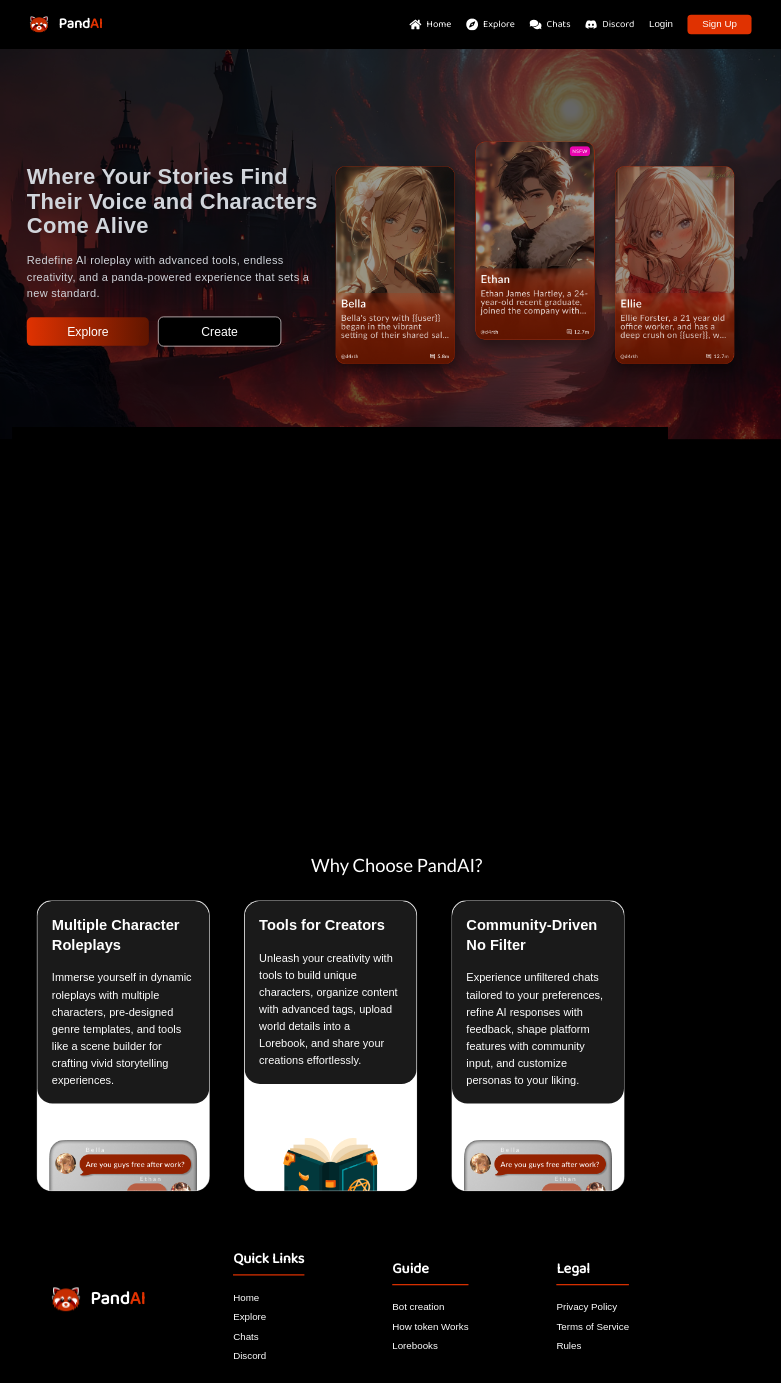
Repository: PandamoniumAI/Pandamonium
Page: /preview
An editor plug-in stored every save of this project. The page is shown before and after the next save, followed by the edit.
The browser window is 1280 px wide. The pictures show the whole page, at 61% of full size.
Some web libraries are served in a nearby version. The project was rebuilt for these pictures with package versions that can differ from the ones it lists, and the page was loaded fresh each time. Also part of the build but not shown: vite.config.js, src/Utils/Utils.js, src/Components/SearchBar/SearchBar.jsx, src/Components/CSS/CharacterCard.css, src/Components/CharacterCard/CharacterCard.jsx, src/Components/CSS/CharacterCardModal.css, src/Components/CharacterCardModal/CharacterCardModal.jsx, src/Components/CSS/Tags.css and 15 more.

Above is the page before, as saved 2025-01-01 21:39:56.

### index.html
<!doctype html>
<html lang="en">
  <head>
    <meta charset="UTF-8" />
    <link rel="icon" type="image/svg+xml" href="/src/assets/animal.png"/>
    <meta name="viewport" content="width=device-width, initial-scale=1.0" />
    <title>Pandamonium</title>
    <link
      href="https://cdn.jsdelivr.net/npm/bootstrap@5.3.0-alpha1/dist/css/bootstrap.min.css"
      rel="stylesheet"
    />
    <link
      href="https://cdn.jsdelivr.net/npm/bootstrap-icons/font/bootstrap-icons.css"
      rel="stylesheet"
    />
    <link
      href="https://cdnjs.cloudflare.com/ajax/libs/animate.css/4.1.1/animate.min.css"
      rel="stylesheet"
    />
  </head>

  <body>
    <div id="root"></div>
    <script src="https://kit.fontawesome.com/68b5244ee4.js" crossorigin="anonymous"></script>
    <script src="https://cdn.jsdelivr.net/npm/react/umd/react.production.min.js"></script>
    <script src="https://cdn.jsdelivr.net/npm/react-dom/umd/react-dom.production.min.js"></script>
    <script type="module" src="/src/main.jsx"></script>
    <script src="https://cdn.jsdelivr.net/npm/bootstrap@5.3.0-alpha1/dist/js/bootstrap.bundle.min.js"></script>
  </body>
</html>

### src/App.jsx
import HomePage from "./Components/HomePage/HomePage.jsx";
import Chat from "./Components/Chat/Chat.jsx";
import Create from "./Components/Create/Create.jsx";
import Error from "./Components/Error/Error.jsx";
import { BrowserRouter as Router, Routes, Route } from "react-router-dom";
import Preview from "../src/Preview/Preview.jsx";
function App() {
  return (
    <Router>
      <Routes>
        <Route path="/" element={<HomePage />} />
        <Route path="/chat/:characterId" element={<Chat />} />
        <Route path="/create" element={<Create />} />
        <Route path="*" element={<Error />} />
        <Route path="/preview" element={<Preview />} />
      </Routes>
    </Router>
  );
}

export default App;

### src/Preview/Preview.jsx
import React from "react";
import Animal from "../assets/animal.png";
import "./Preview.css";
import "tailwindcss/tailwind.css";
import {FaHome, FaCompass, FaComments, FaDiscord} from "react-icons/fa";
import image from "../assets/image.png";
import Chatcard from "../assets/Chat Card.png";
import Book from "../assets/Magical Book World Illustration 1.png";
import Roleplay from "../assets/Chat Card (1).png";

export default function Preview() {
  const handleCardHover = (event, element) => {
    const rect = element.getBoundingClientRect();
    const x = (event.clientX - rect.left) / rect.width - 0.5; // Normalize between -0.5 to 0.5
    const y = (event.clientY - rect.top) / rect.height - 0.5;

    element.style.transform = `rotateX(${y * 10}deg) rotateY(${x * 10}deg) scale(1.05)`;
  };

  return (
    <div className="main">
      <div className="fixed top-0 left-0 w-full bg-black bg-opacity-40 p-4 z-50">
        <div className="flex justify-between items-center w-full max-w-screen-xl mx-auto px-4">
          <div
            className="flex items-center space-x-4 cursor-pointer"
            onClick={() => window.scrollTo({top: 0, behavior: "smooth"})}
          >
            <img className="w-8 h-8" src={Animal} alt="Logo" />
            <h1 className="text-2xl font-bold font-baloo text-white">
              Pand<span className="text-[#E03201]">AI</span>
            </h1>
          </div>

          <div className="flex items-center space-x-6">
            <button className="flex items-center text-white font-baloo hover:text-[#E03201] transition">
              <FaHome className="mr-2 text-xl" />
              Home
            </button>
            <button className="flex items-center text-white font-baloo hover:text-[#E03201] transition">
              <FaCompass className="mr-2 text-xl" />
              Explore
            </button>
            <button className="flex items-center text-white font-baloo hover:text-[#E03201] transition">
              <FaComments className="mr-2 text-xl" />
              Chats
            </button>
            <button className="flex items-center text-white font-baloo hover:text-[#E03201] transition">
              <FaDiscord className="mr-2 text-xl" />
              Discord
            </button>
            <button className="text-white hover:text-[#E03201] transition">
              Login
            </button>
            <button className="bg-[#E03201] text-white px-4 py-1 rounded-md hover:bg-[#b02501] transition">
              Sign Up
            </button>
          </div>
        </div>
      </div>

      <div className="preview-container relative p-6">
        <div className="Preview-text mt-[50px] absolute top-[200px]">
          <p className="text-4xl text-gray-300 font-bold mb-6 tracking-[0.5px] w-[500px]">
            Where Your Stories Find Their Voice and Characters Come Alive
          </p>
          <p className="text-[18px] text-gray-300 leading-[27px] tracking-[0.5px] w-[500px] mb-8">
            Redefine AI roleplay with advanced tools, endless creativity, and a
            panda-powered experience that sets a new standard.
          </p>
        </div>

        <div className="Buttons absolute top-[500px] flex space-x-4 mb-8">
          <button className="text-white text-xl h-[47px] w-[200px] rounded-lg shadow-2xl bg-gradient-to-r from-[#E03201] to-[#611600] transform hover:scale-105 transition-all duration-300 ease-in-out hover:shadow-orange-500/50 hover:shadow-lg">
            <span className="relative z-10">Explore</span>
          </button>
          <button
            className="create bg-black text-white text-xl h-[47px] w-[200px] rounded-lg shadow-2xl outline outline-1 hover:outline-none transition-all duration-300 ease-in-out transform hover:scale-105 hover:shadow-[#B22801]/50 hover:shadow-lg relative overflow-hidden group"
            style={{
              outlineImage:
                "linear-gradient(to right, #FFCBBB, #D07A5A, #A8382D, #611600)",
              outlineImageSlice: 1,
            }}
          >
            <span className="relative z-10">Create</span>
            <span className="absolute inset-0 bg-yellow-500 transform scale-x-0 group-hover:scale-x-100 transition-transform duration-300 origin-left"></span>
          </button>
        </div>

        <div className="absolute right-[30px] top-[200px]">
          <img src={image} alt="" />
        </div>
      </div>

      <div className="infostart absolute bg-black" style={{top: "700px"}}>
      <div className="info px-10 relative bg-black" style={{top: "700px"}}>
        <div className="infotext mb-8 text-white">
          <h1 className="text-3xl font-lato text-white ml-[450px]">
            Why Choose PandAI?
          </h1>

          <div className="cards grid grid-cols-1 md:grid-cols-3 gap-6 mt-10">
            {[
              "Multiple Character Roleplays",
              "Tools for Creators",
              "Community-Driven No Filter",
            ].map((title, index) => (
              <div
                key={index}
                className="card relative flex flex-col justify-between w-[284px] h-[477px] rounded-[25px] overflow-hidden"
                onMouseMove={(e) => handleCardHover(e, e.currentTarget)}
              >
                <div
                  className="absolute inset-0 -z-10 rounded-[25px]"
                  style={{
                    background:
                      "linear-gradient(135deg, #BF18C2, #6B1C8F, #1D0375)",
                    position: "absolute",
                    top: 0,
                    left: 0,
                    right: 0,
                    bottom: 0,
                    borderRadius: "25px",
                    padding: "2px",
                  }}
                />
                <div className="content p-6 bg-[#1A1A1A] flex flex-col justify-between h-full rounded-[25px]">
                  <h2 className="text-2xl font-semibold mb-4 text-white">
                    {title}
                  </h2>
                  <p className="text-lg text-white">
                    {index === 0
                      ? "Immerse yourself in dynamic roleplays with multiple characters, pre-designed genre templates, and tools like a scene builder for crafting vivid storytelling experiences."
                      : index === 1
                        ? "Unleash your creativity with tools to build unique characters, organize content with advanced tags, upload world details into a Lorebook, and share your creations effortlessly."
                        : "Experience unfiltered chats tailored to your preferences, refine AI responses with feedback, shape platform features with community input, and customize personas to your liking."}
                  </p>
                </div>
                <div className="image-container mt-4">
                  {index === 0 ? (
                    <img
                      src={Chatcard}
                      alt="Roleplay"
                      className="w-full rounded-[25px]"
                    />
                  ) : index === 1 ? (
                    <img
                      src={Book}
                      alt="Creator Tools"
                      className="w-full rounded-[25px]"
                    />
                  ) : (
                    <img
                      src={Roleplay}
                      alt="Community"
                      className="w-full rounded-[25px]"
                    />
                  )}
                </div>
              </div>
            ))}
          </div>
        </div>

          <div className="Footer bg-black py-8 px-6 mt-10 flex items-center justify-start space-x-36">
            <div className="flex items-center">
              <img
                className="w-12 h-12 mr-4 transform transition duration-300 hover:scale-110"
                src={Animal}
                alt="Logo"
              />
              <h1 className="text-3xl font-bold font-baloo text-white">
                Pand<span className="text-[#E03201]">AI</span>
              </h1>
            </div>

            <div className="Quicklinks mr-36 mt-6">
              <h1 className="text-2xl font-bold font-baloo text-white border-b-2 border-[#E03201] pb-2">
                Quick Links
              </h1>
              <ul className="list-none pl-0 mt-4 space-y-2">
                <li className="text-white hover:text-[#E03201] transition duration-300 transform hover:translate-x-2">
                  <a href="#">Home</a>
                </li>
                <li className="text-white hover:text-[#E03201] transition duration-300 transform hover:translate-x-2">
                  <a href="#">Explore</a>
                </li>
                <li className="text-white hover:text-[#E03201] transition duration-300 transform hover:translate-x-2">
                  <a href="#">Chats</a>
                </li>
                <li className="text-white hover:text-[#E03201] transition duration-300 transform hover:translate-x-2">
                  <a href="#">Discord</a>
                </li>
              </ul>
            </div>

            <div className="guide mr-36 mt-6">
              <h1 className="text-2xl font-bold font-baloo text-white border-b-2 border-[#E03201] pb-2">
                Guide
              </h1>
              <ul className="list-none pl-0 mt-4 space-y-2">
                <li className="text-white hover:text-[#E03201] transition duration-300 transform hover:translate-x-2">
                  <a href="#">Bot creation</a>
                </li>
                <li className="text-white hover:text-[#E03201] transition duration-300 transform hover:translate-x-2">
                  <a href="#">How token Works</a>
                </li>
                <li className="text-white hover:text-[#E03201] transition duration-300 transform hover:translate-x-2">
                  <a href="#">Lorebooks</a>
                </li>
              </ul>
            </div>

            <div className="legal mr-36 mt-6">
              <h1 className="text-2xl font-bold font-baloo text-white border-b-2 border-[#E03201] pb-2">
                Legal
              </h1>
              <ul className="list-none pl-0 mt-4 space-y-2">
                <li className="text-white hover:text-[#E03201] transition duration-300 transform hover:translate-x-2">
                  <a href="#">Privacy Policy</a>
                </li>
                <li className="text-white hover:text-[#E03201] transition duration-300 transform hover:translate-x-2">
                  <a href="#">Terms of Service</a>
                </li>
                <li className="text-white hover:text-[#E03201] transition duration-300 transform hover:translate-x-2">
                  <a href="#">Rules</a>
                </li>
              </ul>
            </div>
          </div>
        </div>
      </div>
    </div>
  );
}

### src/Components/Chat/ExtraCss.css
/* ExtraCss.css */

/* General Styles */
body {
    margin: 0;
    padding: 0;
    font-family: Arial, sans-serif;
    background-color: #121212;
    color: #ffffff;
  }

  /* Chat Container */
  .d-flex {
    display: flex;
  }

  .flex-column {
    flex-direction: column;
  }

  .h-100 {
    height: 100%;
  }

  .bg-dark {
    background-color: #181818;
  }

  .text-white {
    color: #ffffff;
  }

  .border-secondary {
    border-color: #444;
  }

  .border-top {
    border-top: 1px solid;
  }

  .border-bottom {
    border-bottom: 1px solid;
  }

  .overflow-hidden {
    overflow: hidden;
  }

  .overflow-auto {
    overflow: auto;
  }

  /* Chat Header */
  .p-3 {
    padding: 1rem;
  }

  .align-items-center {
    align-items: center;
  }

  .space-x-4 > * + * {
    margin-left: 1rem;
  }

  /* Avatar */
  img.rounded-circle {
    border-radius: 50%;
    cursor: pointer;
  }

  /* Message Bubbles */
  .bg-secondary {
    background-color: #2a2a2a;
  }

  .p-3 {
    padding: 1rem;
  }

  .rounded-lg {
    border-radius: 1rem;
  }

  .shadow-lg {
    box-shadow: 0px 4px 10px rgba(0, 0, 0, 0.2);
  }

  .text-muted {
    color: #aaaaaa;
  }

  /* Input Field */
  input {
    outline: none;
  }

  input::placeholder {
    color: #aaaaaa;
  }

  .border-0 {
    border: none;
  }

  .flex-grow-1 {
    flex-grow: 1;
  }

  .shadow-lg {
    box-shadow: 0px 4px 10px rgba(0, 0, 0, 0.2);
  }

  /* Buttons */
  button {
    cursor: pointer;
  }

  button:disabled {
    opacity: 0.6;
    cursor: not-allowed;
  }

  .btn {
    display: inline-flex;
    justify-content: center;
    align-items: center;
    padding: 0.5rem;
    border: none;
    border-radius: 0.5rem;
    transition: background-color 0.3s ease, transform 0.2s ease;
  }

  .btn:hover:not(:disabled) {
    background-color: #555;
    transform: translateY(-2px);
  }

  .btn-light {
    background-color: #444;
    color: #fff;
  }

  .btn-primary {
    background-color: #007bff;
    color: #fff;
  }

  .btn-primary:hover:not(:disabled) {
    background-color: #0056b3;
  }

  /* Typing Animation */
  .animate-pulse {
    animation: pulse 1.5s infinite;
  }

  @keyframes pulse {
    0%, 100% {
      opacity: 1;
    }
    50% {
      opacity: 0.5;
    }
  }

  /* Smooth Fade-In */
  @keyframes fadeIn {
    from {
      opacity: 0;
      transform: translateY(10px);
    }
    to {
      opacity: 1;
      transform: translateY(0);
    }
  }

  /* Scrollbar Styles */
  .overflow-auto::-webkit-scrollbar {
    width: 6px;
  }

  .overflow-auto::-webkit-scrollbar-thumb {
    background-color: #444;
    border-radius: 10px;
  }

  .overflow-auto::-webkit-scrollbar-track {
    background-color: transparent;
  }

  .ReactModal__Overlay {
    opacity: 0;
    transition: opacity 0.3s ease-in-out;
  }
  .ReactModal__Overlay--after-open {
    opacity: 1;
  }
  .ReactModal__Overlay--before-close {
    opacity: 0;
  }

### src/Components/CSS/Create.css
body {
    background-color: #121212;
    color: #fff;
    min-height: 100vh;
    padding: 20px;
    font-family: 'Arial', sans-serif;
}
.creation-form {
    max-width: 800px;
    margin: 0 auto;
    background-color: rgba(0, 0, 0, 0.8);
    padding: 30px;
    border-radius: 15px;
    border: 1px solid #444;
    transition: all 0.3s ease;
}
.creation-form:hover {
    transform: scale(1.03);
    box-shadow: 0 10px 30px rgba(0, 0, 0, 0.5);
}
.form-control {
    background-color: #333;
    border: 1px solid #555;
    color: #fff;
    margin-bottom: 20px;
    transition: all 0.3s ease;
}
.form-control:focus {
    background-color: #444;
    border-color: #007bff;
    color: #fff;
}
.form-label {
    font-weight: bold;
}
.btn {
    background-color: #007bff;
    color: #fff;
    transition: all 0.3s ease;
}
.btn:hover {
    background-color: #0056b3;
}
.select2-container {
    width: 100%;
}
.custom-tag-field {
    margin-top: 20px;
}
.custom-tag-field input {
    width: calc(100% - 60px);
    display: inline-block;
    margin-right: 10px;
}
.custom-tag-field button {
    display: inline-block;
    background-color: #28a745;
    color: white;
    padding: 6px 12px;
    border: none;
    cursor: pointer;
}
.custom-tag-field button:hover {
    background-color: #218838;
}

@keyframes float {
    0% { transform: translateY(0px); }
    50% { transform: translateY(-10px); }
    100% { transform: translateY(0px); }
}

.tags-modal {
    display: none;
    position: fixed;
    top: 0;
    left: 0;
    width: 100%;
    height: 100%;
    background: rgba(0,0,0,0.7);
    z-index: 1000;
    animation: fadeIn 0.3s;
}

.tags-modal-content {
    position: absolute;
    top: 50%;
    left: 50%;
    transform: translate(-50%, -50%);
    background: #121212;
    color: white;
    padding: 2rem;
    border-radius: 15px;
    width: 90%;
    max-width: 500px;
    animation: slideIn 0.3s;
    box-shadow: 0 5px 15px rgba(0,0,0,0.3);
}

.tags-modal-header {
    display: flex;
    justify-content: space-between;
    align-items: center;
    margin-bottom: 1.5rem;
    border-bottom: 1px solid #333;
    padding-bottom: 1rem;
}

.btn-close {
    background-color: white;
}

.tag-pills {
    display: flex;
    flex-wrap: wrap;
    gap: 0.5rem;
}

.tag-pill {
    padding: 0.5rem 1rem;
    background: #2d2d2d;
    color: white;
    border-radius: 20px;
    cursor: pointer;
    transition: all 0.2s;
    border: 1px solid #444;
}

.tag-pill:hover {
    background: #3d3d3d;
    transform: translateY(-1px);
}

.tag-pill.selected {
    background: #007bff;
    color: white;
    border-color: #0056b3;
}

.selected-tags {
    background: #1a1a1a;
    padding: 1rem;
    border-radius: 10px;
}

.form-control {
    background: #2d2d2d;
    border: 1px solid #444;
    color: white;
}

.form-control:focus {
    background: #2d2d2d;
    color: white;
    border-color: #007bff;
    box-shadow: 0 0 0 0.2rem rgba(0,123,255,0.25);
}

.form-control::placeholder {
    color: #888;
}

@keyframes fadeIn {
    from { opacity: 0; }
    to { opacity: 1; }
}

@keyframes slideIn {
    from { transform: translate(-50%, -60%); opacity: 0; }
    to { transform: translate(-50%, -50%); opacity: 1; }
}

### src/Preview/Preview.css
@tailwind base;
@tailwind components;
@tailwind utilities;

@font-face {
    font-family: 'BalooDa2';
    src: url('../assets/Fonts/BalooDa2-Regular.ttf') format('truetype');
    font-weight: 400;
    font-style: normal;
}

@font-face {
    font-family: 'Lato';
    src: url('./assets/fonts/Lato-Regular.ttf') format('truetype');
    font-weight: normal;
    font-style: normal;
  }

body {
    position: relative;
    background-color: #000;
    min-height: 100vh;
    margin: 0;
    display: flex;
    flex-direction: column;
}

body::before {
    content: '';
    position: absolute;
    top: 0;
    left: 0;
    right: 0;
    bottom: 0;
    background-image: url('../../src/assets/Castle.jpg');
    background-size: cover;
    background-position: center;
    opacity: 0.4;
    z-index: -1;
}

### src/Components/Chat/Sidebar/styles.css
.floating-btn {
  position: absolute;
  top: 50%;
  left: 20px;
  cursor: pointer;
  z-index: 999;
  width: 64px;
  height: 64px;
  background-color: transparent;
  border: none;
  border-radius: 50%;
  transition: left 0.6s ease, transform 0.3s ease;
  box-shadow: none; /* Removed shadow */
}

.floating-btn.open {
  left: calc(240px + 20px);
}

.floating-btn.closed {
  left: 20px;
}

.sidebar {
  position: fixed;
  top: 0;
  left: 0;
  height: 100vh;
  background-color: #333;
  transition: width 0.5s ease-in-out;
  overflow: hidden;
  border-radius: 0 20px 20px 0;
}

.sidebar.open {
  width: 240px;
}

.sidebar.closed {
  width: 0;
}

.panda-image {
  transition: transform 0.5s ease, transform-origin 0.5s ease;
}

.panda-image:hover {
  transform: rotate(360deg); /* Full 360° rotation on hover */
  transform-origin: center;
}

.floating-btn:hover img {
  transform: rotate(360deg); /* Rotate the image smoothly when hovering over it */
  transition: transform 0.6s ease-in-out;
}

/* Reverse rotation when mouse leaves */
.floating-btn img {
  transition: transform 0.6s ease-out;
}

.floating-btn img:hover {
  animation: pandaRotate 0.6s forwards;
}

@keyframes pandaRotate {
  0% {
      transform: rotate(0deg);
  }
  100% {
      transform: rotate(360deg);
  }
}

.floating-btn img:not(:hover) {
  animation: reversePandaRotate 0.6s forwards;
}

@keyframes reversePandaRotate {
  0% {
      transform: rotate(360deg);
  }
  100% {
      transform: rotate(0deg);
  }
}

#pandaBtn {
  transition: transform 0.6s ease-in-out;
}

@media (max-width: 768px) {
  .sidebar {
      display: none;
  }

  .floating-btn {
      left: 20px;
  }
}

Loaded but not shown: src/main.jsx (common file); tailwind.config.js (16 lines, source omitted); src/Components/CSS/HomePage.css (319 lines, source omitted)

After the next save:
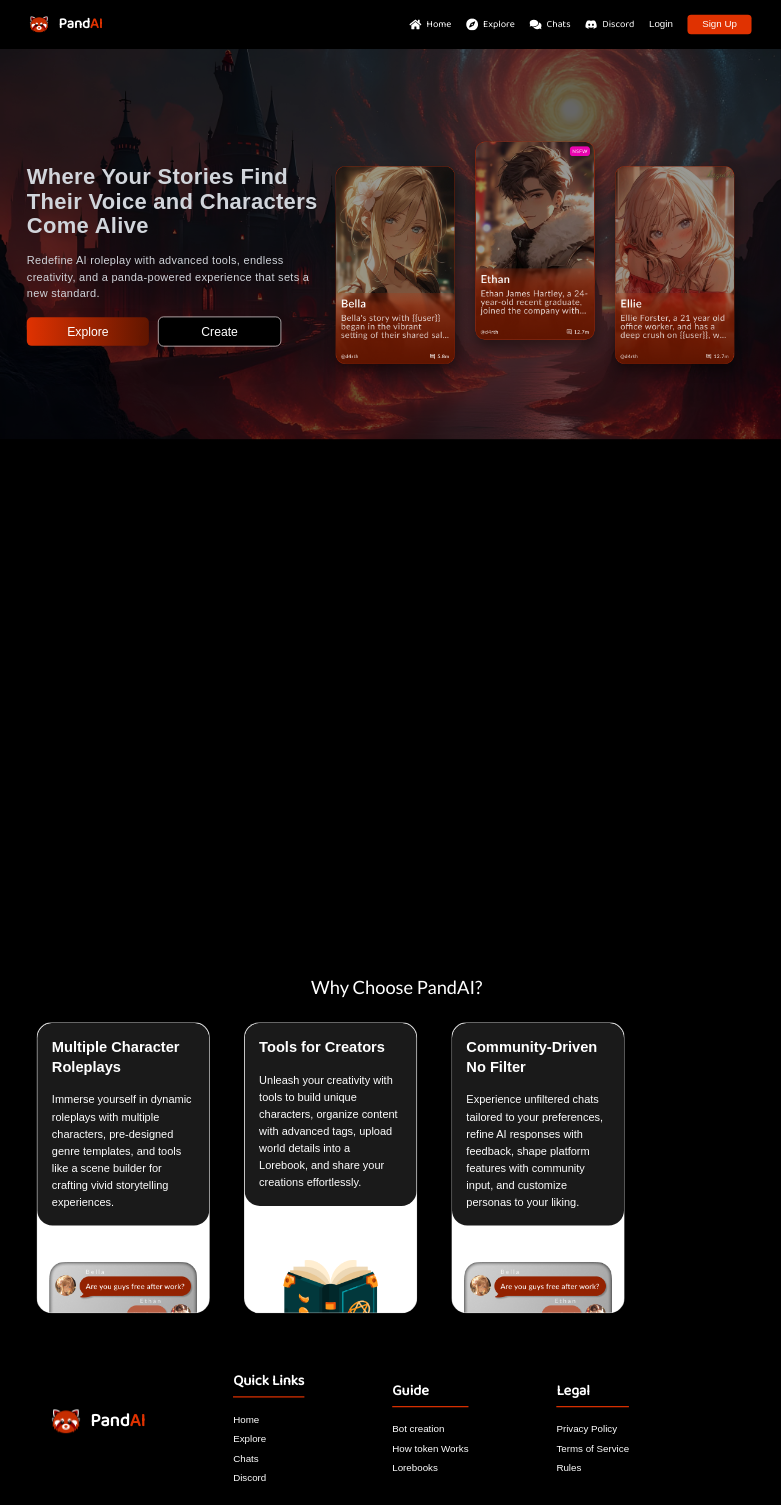
Saved 12 s later.
--- a/src/Preview/Preview.jsx
+++ b/src/Preview/Preview.jsx
@@ -91,7 +91,7 @@
         </div>
       </div>
 
-      <div className="infostart absolute bg-black" style={{top: "700px"}}>
+      <div className="infostart absolute bg-black" style={{top: "900px"}}>
       <div className="info px-10 relative bg-black" style={{top: "700px"}}>
         <div className="infotext mb-8 text-white">
           <h1 className="text-3xl font-lato text-white ml-[450px]">
